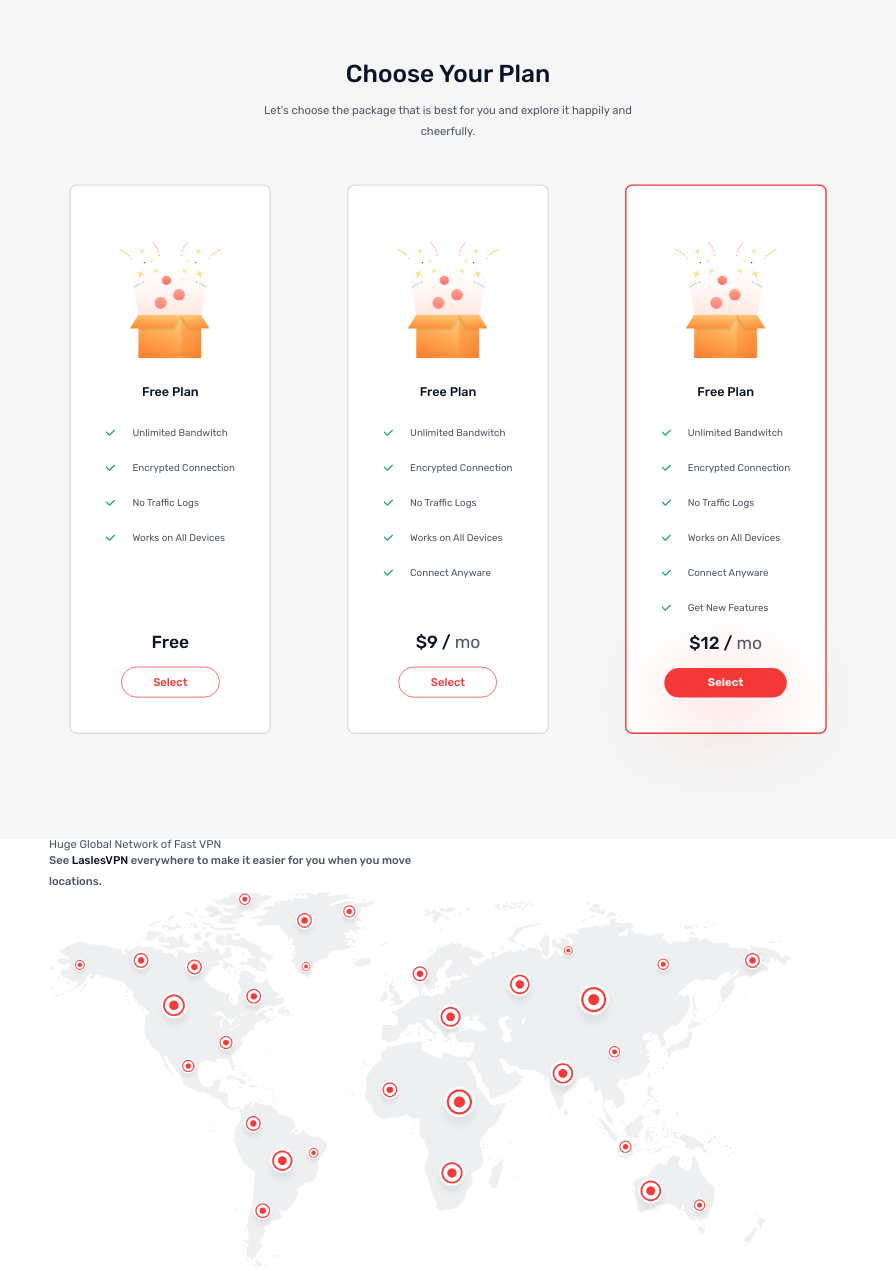
Repository: PhamTrungNguyen/LuyenTap
Page: LT_Figma/index.html
The author's editor kept a copy of each file at every save. The page is drawn from the files as they stood at one save, then again after a run of saves.
The browser window is 1280 px wide. The pictures show the part of the page from y = 1399 to 3319 px (the page is 3215 px tall before and 3319 px after), at 70% of full size.
Some web libraries are served in a nearby version. The style sheet was rebuilt from its Sass, Less or Tailwind sources for each picture, by a compiler version that may differ from the author's.

Above is the page before, as saved 2021-12-08 23:14:25.
Console error: TypeError: Cannot read properties of null (reading 'addEventListener')

After the next 2 saves:
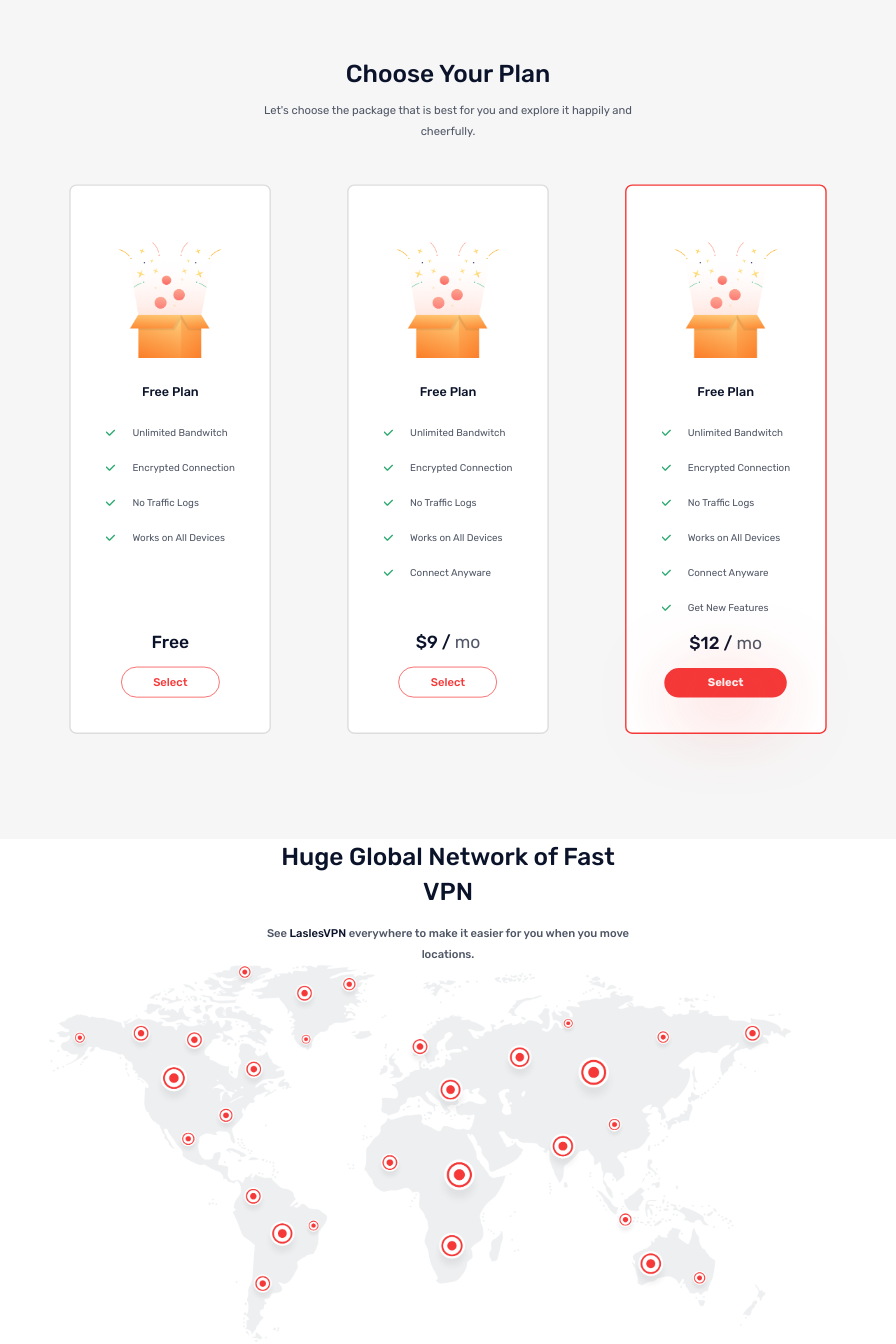
The 2 saves are shown as one change because they came seconds apart.
The last was saved 7 s later.
--- a/LT_Figma/sass/_network.scss
+++ b/LT_Figma/sass/_network.scss
@@ -2,7 +2,8 @@
 {
     &-heading{
         max-width:555px;
-        ma
+        margin: 0 auto;
+        text-align: center;
         &_title{
             font-weight: 500;
             font-size: 35px;
